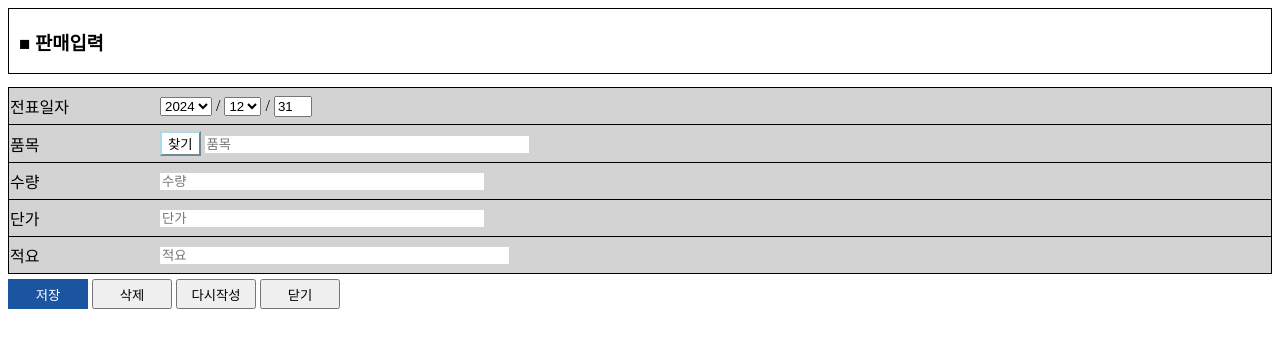
Repository: yoosb0328/js-project
Page: sale-input-popup.html
The author's editor kept a copy of each file at every save. The page is drawn from the files as they stood at one save, then again after the next save.
The browser window is 1280 px wide. The pictures show the whole page.

Above is the page before, as saved 2024-08-05 22:51:53.

After the next save:
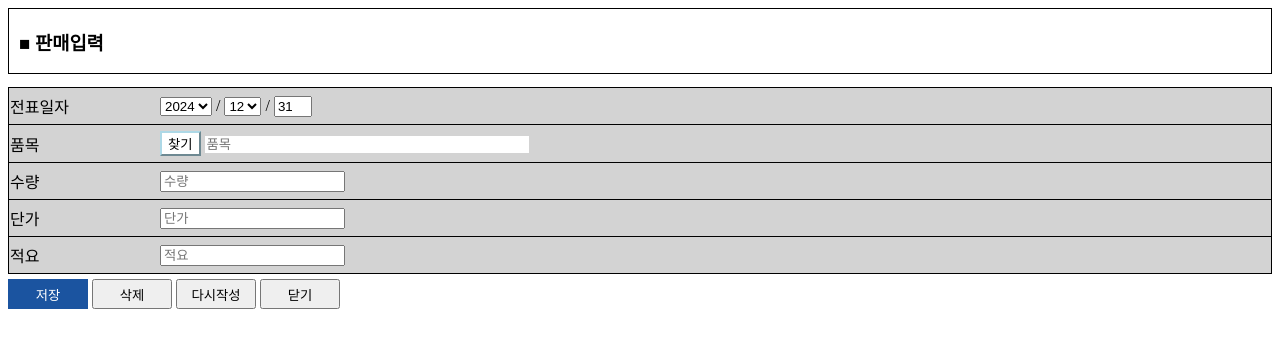
Saved 50 s later.
--- a/sale-input-popup.html
+++ b/sale-input-popup.html
@@ -60,7 +60,7 @@
                         <div class="table-div">
                             <span class="name-tag">수량</span>
                             <form class="search-box">
-                                <input class="category-txt" type="number" placeholder="수량">
+                                <input class="quantity" type="number" placeholder="수량">
                             </form>
                         </div>
                     </td>
@@ -70,7 +70,7 @@
                         <div class="table-div">
                             <span class="name-tag">단가</span>
                             <form class="search-box">
-                                <input class="category-txt" type="number" placeholder="단가">
+                                <input class="price" type="number" placeholder="단가">
                             </form>
                         </div>
                     </td>
@@ -80,7 +80,7 @@
                         <div class="table-div">
                             <span class="name-tag">적요</span>
                             <div class="search-box">
-                                <input class="memo-txt" type="text" placeholder="적요">
+                                <input class="description" type="text" placeholder="적요">
                             </div>
                         </div>
                     </td>
@@ -95,6 +95,7 @@
         </div>
     </div>
     <script type="module" src="./js/script/loadData.js"></script>
+    <script type="module" src="./js/script/queryParam.js"></script>
     <script type="module" src="./js/component/popup.js"></script>
     <script type="module" src="./js/component/button.js"></script>
     <script type="module" src="./js/script/common.js"></script>
